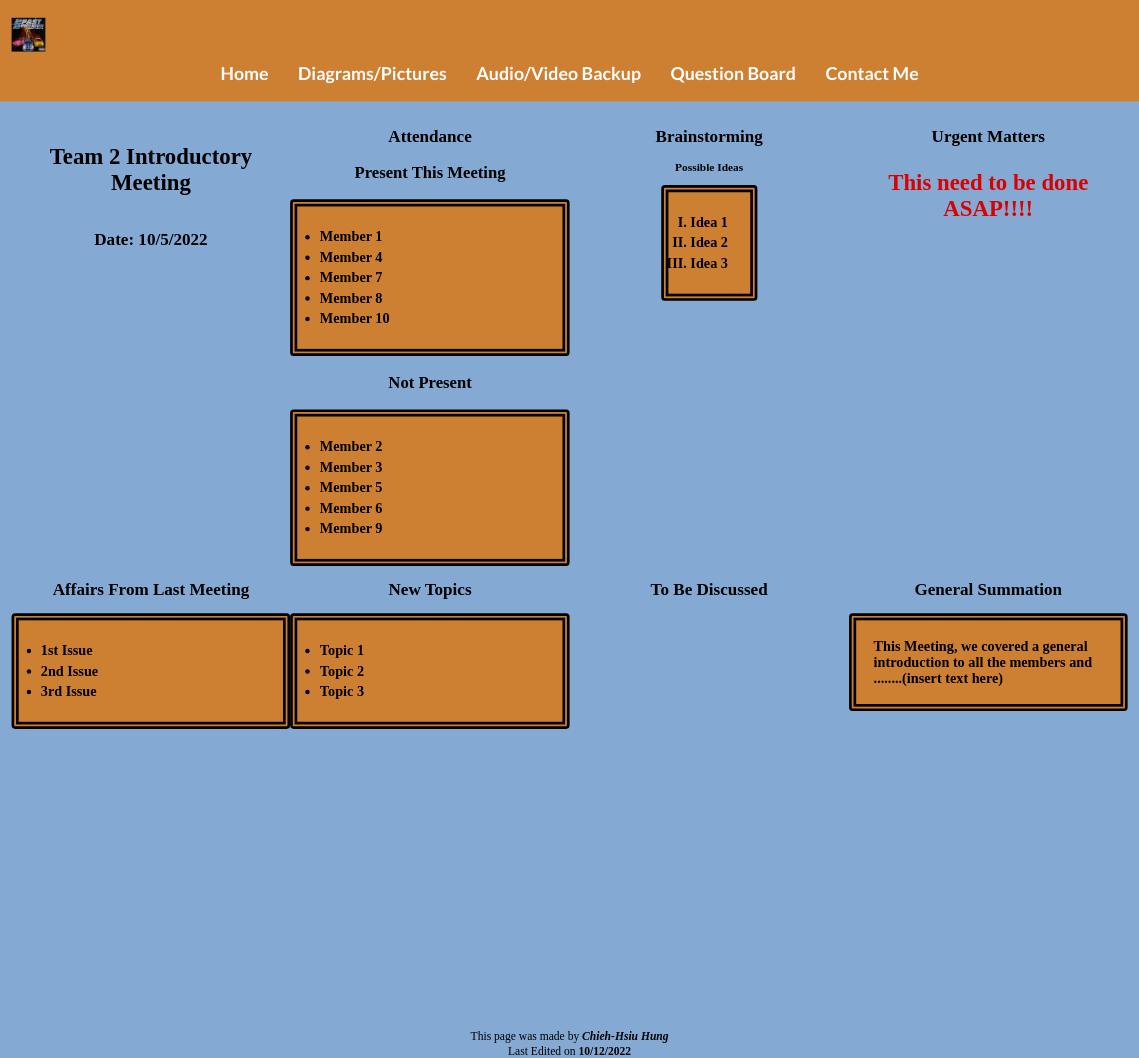
Repository: Chieh0501/fa22-cse110-lab3
Page: index.html
These files come from the project's save history. The page is drawn as it stood at one moment and after the next save; the edit follows.
The browser window is 1280 px wide. The pictures show the whole page, at 89% of full size.

Above is the page before, as saved 2022-10-15 14:42:53.

After the next save:
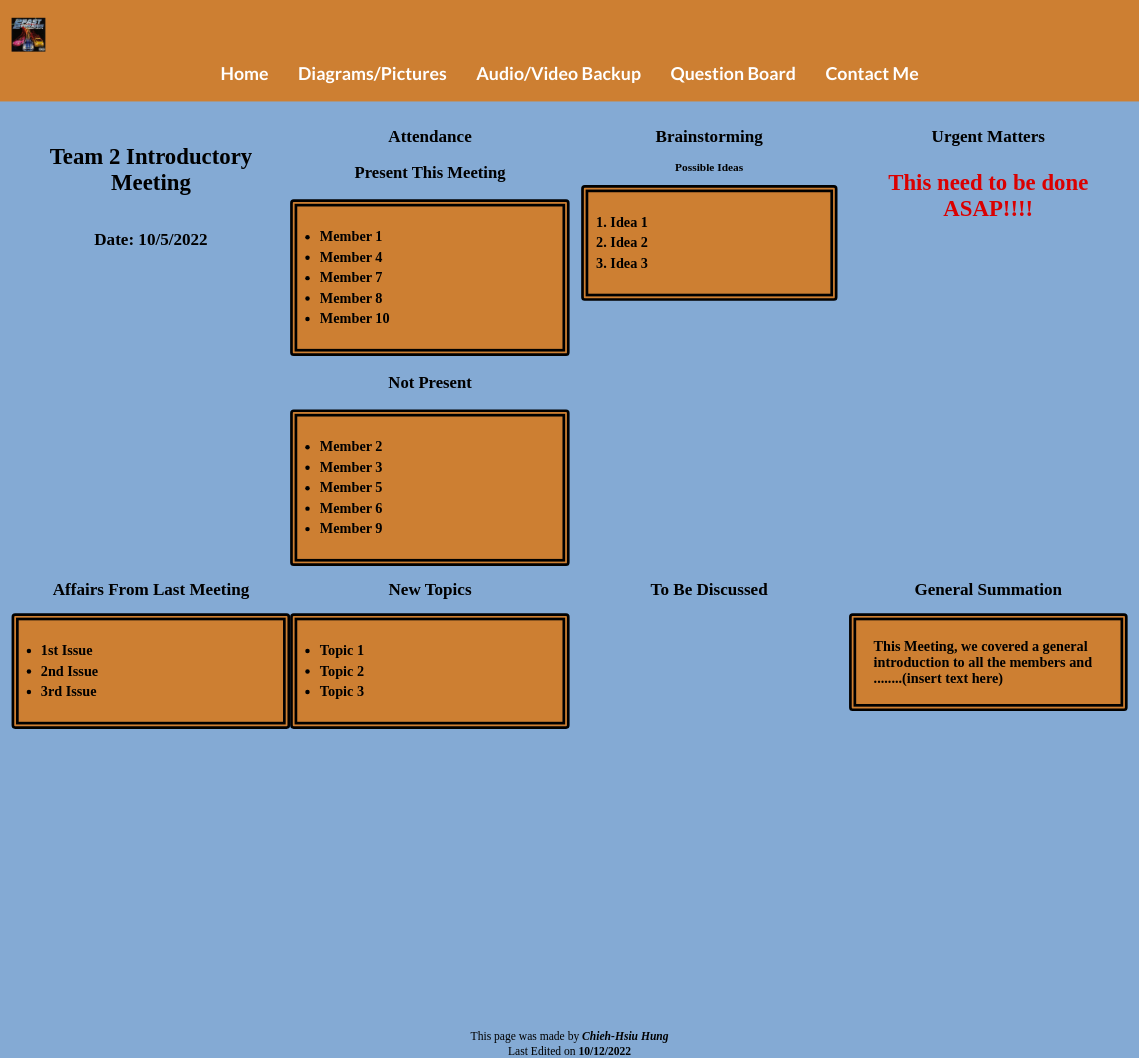
Saved 55 s later.
--- a/styles/main.css
+++ b/styles/main.css
@@ -307,8 +307,6 @@
 #hamburger input{
   display:none;
 }
-
-ol { list-style: upper-roman; display: inline-block;}
 /***** Button *******/
 .button{
   display: inline-block;
